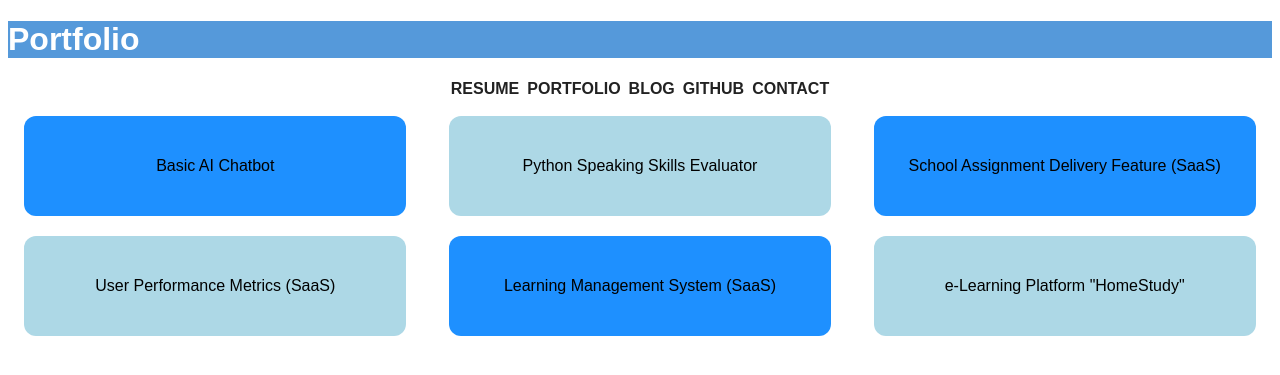
Repository: tokyopdm/tokyopdm.github.io
Page: pages/portfolio.html
The author's editor kept a record of every edit. The page is drawn from the files as they stood at one moment, then again after the next edit.
The browser window is 1280 px wide. The pictures show the whole page.

Above is the page before.

After the next edit:
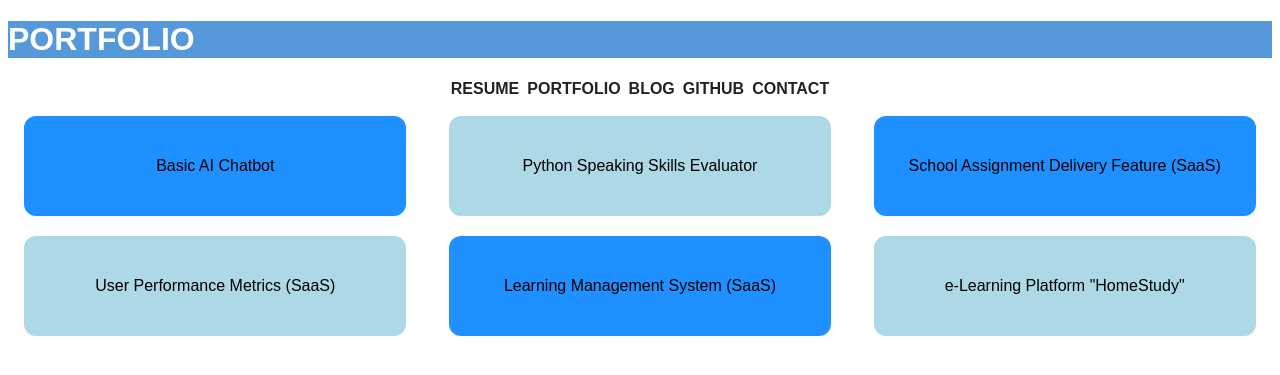
The edit:
--- a/pages/portfolio.html
+++ b/pages/portfolio.html
@@ -10,16 +10,16 @@
     </head>
     <body>
         <div>
-            <h1>Portfolio</h1>
+            <h1>PORTFOLIO</h1>
         </div>
-            <nav>
-                <a href="cv.pdf" target="_blank">RESUME</a>
-                <a href="pages/portfolio.html">PORTFOLIO</a>
-                <a href="https://medium.com/@tokyopdm" target="_blank">BLOG</a>
-                <a href="https://github.com/tokyopdm/" target="_blank">GITHUB</a>
-                <a href="pages/contact.html">CONTACT</a>
-            </nav>
-            <br>
+        <nav>
+            <a href="cv.pdf" target="_blank">RESUME</a>
+            <a href="pages/portfolio.html">PORTFOLIO</a>
+            <a href="https://medium.com/@tokyopdm" target="_blank">BLOG</a>
+            <a href="https://github.com/tokyopdm/" target="_blank">GITHUB</a>
+            <a href="pages/contact.html">CONTACT</a>
+        </nav>
+        <br>
         <div>
             <ul class="list-tiles">
                 <li>Basic AI Chatbot</li>
